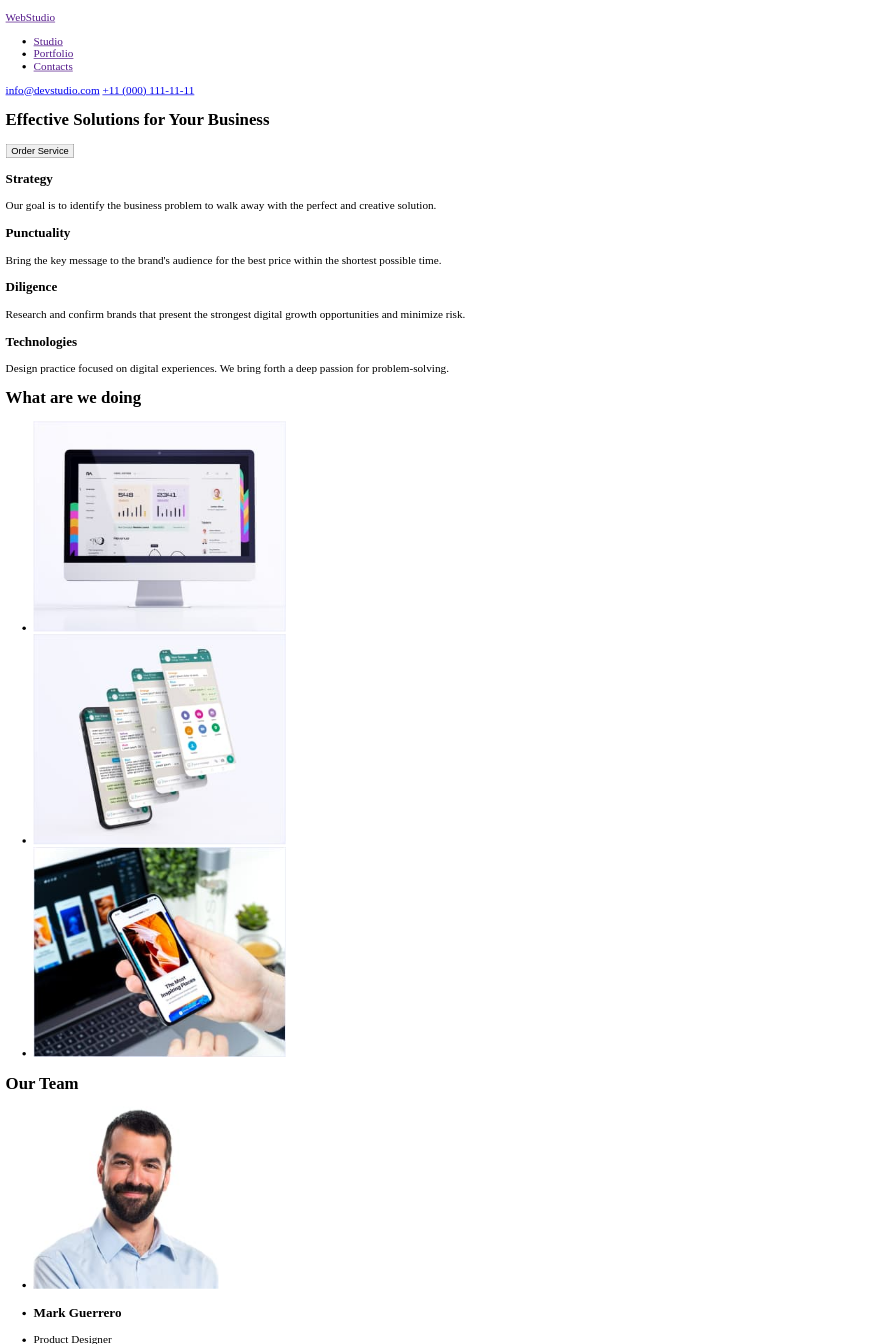
Repository: GrishchenkoNataliya/goit-markup-hw-02
Page: index.html
An editor plug-in stored every save of this project. The page is shown before and after the next save, followed by the edit.
The browser window is 1280 px wide. The pictures show the part of the page from y = 0 to 1920 px (the page is 3079 px tall before and 3226 px after), at 70% of full size.

Above is the page before, as saved 2023-02-26 22:25:47.

After the next save:
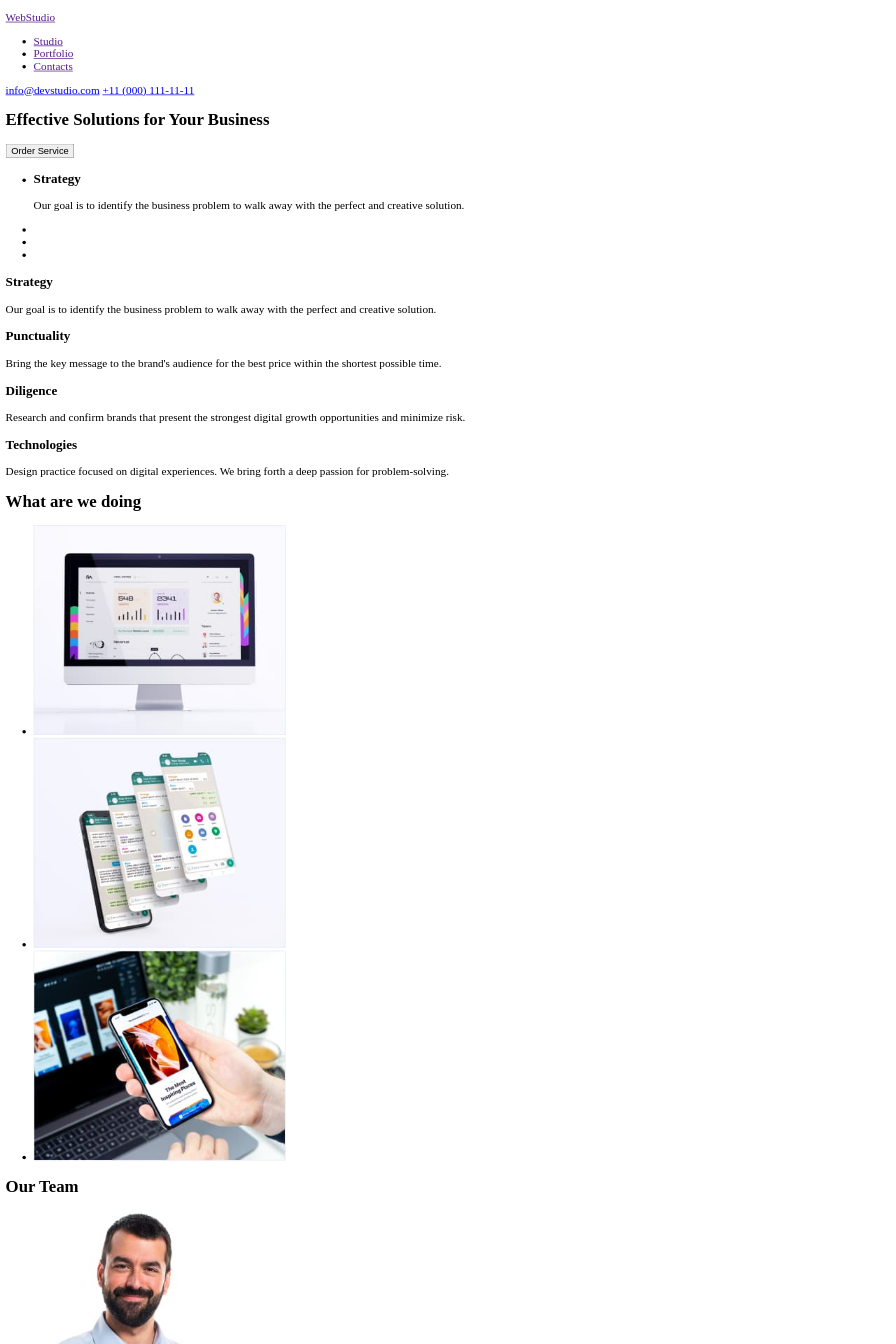
Saved 2 min 58 s later.
--- a/index.html
+++ b/index.html
@@ -54,7 +54,19 @@
         <!-- Dark-bg -->
       </section>
       <section>
-        <h1 hidden>Большой заголовок</h1>
+        <h2 hidden>Большой заголовок</h2>
+        <ul>
+          <li>
+            <h3>Strategy</h3>
+            <p>
+              Our goal is to identify the business problem to walk away with the
+              perfect and creative solution.
+            </p>
+          </li>
+          <li></li>
+          <li></li>
+          <li></li>
+        </ul>
         <h3>Strategy</h3>
         <p>
           Our goal is to identify the business problem to walk away with the
